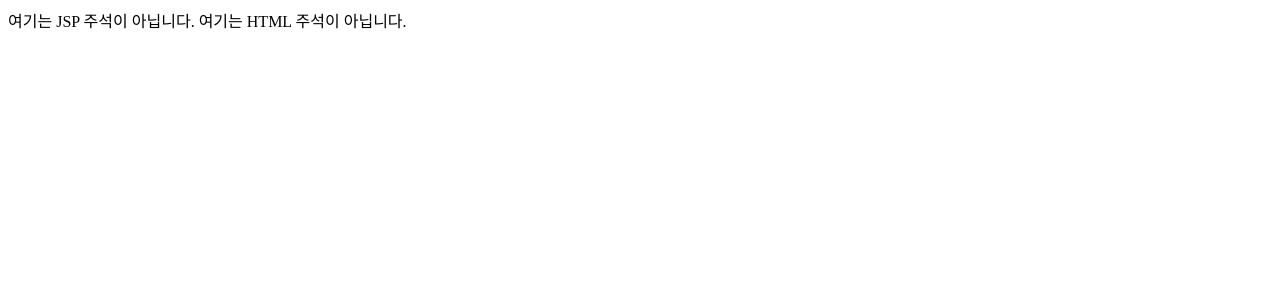
Repository: hyun5292/school
Page: http://localhost/PSH_1019/HelloWorld.jsp
The author's editor kept a copy of each file at every save. The page is drawn from the files as they stood at one save, then again after the next save.
The browser window is 1280 px wide. The pictures show the whole page.
The page is served by Tomcat 9.

Above is the page before, as saved 2018-10-19 07:26:50.

After the next save:
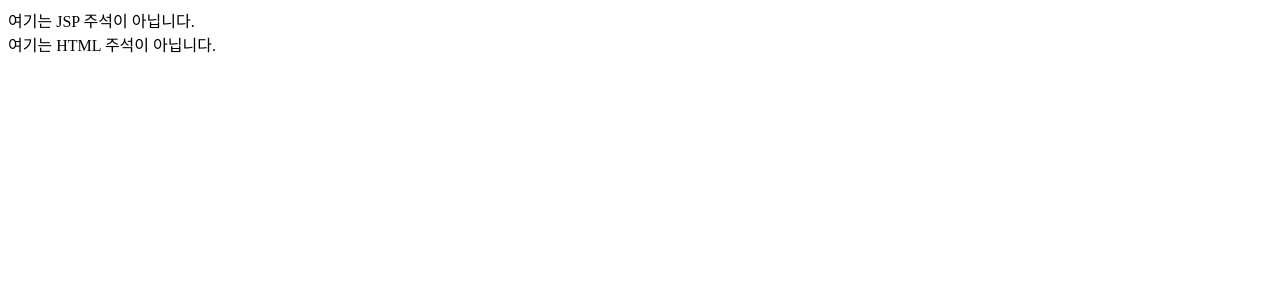
Saved 34 s later.
--- a/JSP2-2/PSH_1019_2/PSH_1019/WebContent/HelloWorld.jsp
+++ b/JSP2-2/PSH_1019_2/PSH_1019/WebContent/HelloWorld.jsp
@@ -52,7 +52,7 @@ out.println("2 * " + i + "= " + (2*i) + "</br>");%>
       <%= sum(8, 4) %> <br/>
       --%>
       <%-- 여기는 JSP 주석입니다. --%>
-      여기는 JSP 주석이 아닙니다.
+      여기는 JSP 주석이 아닙니다.<br/>
 
       <!-- 여기는 HTML 주석입니다. -->
       여기는 HTML 주석이 아닙니다.
